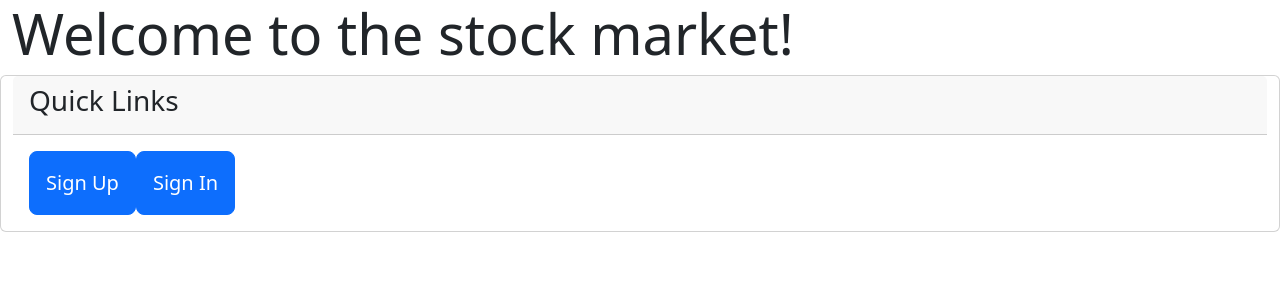
Repository: abdelbaset99/StockMarket
Page: / (app in stockmarket/)
The author's editor kept a copy of each file at every save. The page is drawn from the files as they stood at one save, then again after a run of saves.
The browser window is 1280 px wide. The pictures show the whole page.
The project was rebuilt for these pictures with package versions that can differ from the ones it lists, and the page was loaded fresh each time. Also part of the build but not shown: stockmarket/angular.json, stockmarket/src/app/orders/orders.component.ts, stockmarket/src/app/order.service.ts, stockmarket/src/app/stocks/stocks.component.ts, stockmarket/src/app/stock.service.ts.

Above is the page before, as saved 2023-07-13 12:50:11.

After the next 2 saves:
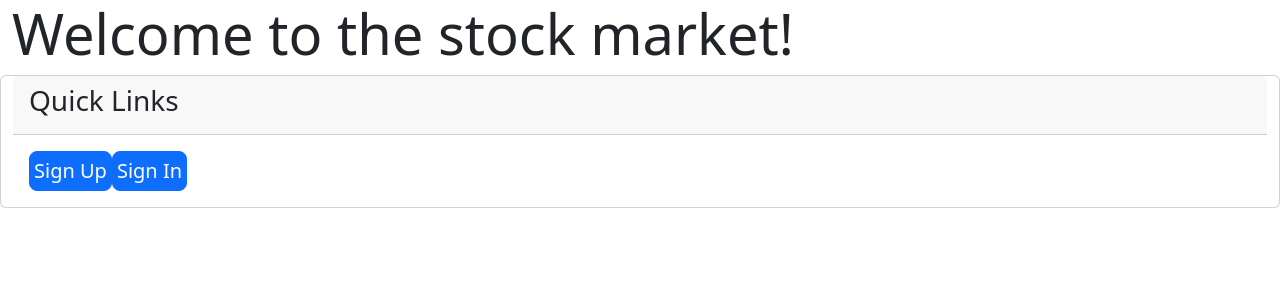
The 2 saves are shown as one change because they came seconds apart.
The last was saved 11 s later.
--- a/stockmarket/src/app/home/home.component.html
+++ b/stockmarket/src/app/home/home.component.html
@@ -20,8 +20,8 @@
         <div class="card-body">
           <!-- <a class="btn btn-primary btn-lg btn-block" routerLink="/stocks">View Stocks</a>
             <a class="btn btn-secondary btn-lg btn-block" routerLink="/orders">View Orders</a> -->
-          <a class="btn btn-primary btn-lg btn-block p-3" (click)="signUp.showModal()">Sign Up</a>
-          <a class="btn btn-primary btn-lg btn-block p-3" (click)="signIn.showModal()">Sign In</a>
+          <a class="btn btn-primary btn-lg btn-block p-1" (click)="signUp.showModal()">Sign Up</a>
+          <a class="btn btn-primary btn-lg btn-block p-1" (click)="signIn.showModal()">Sign In</a>
         </div>
 
       </div>
